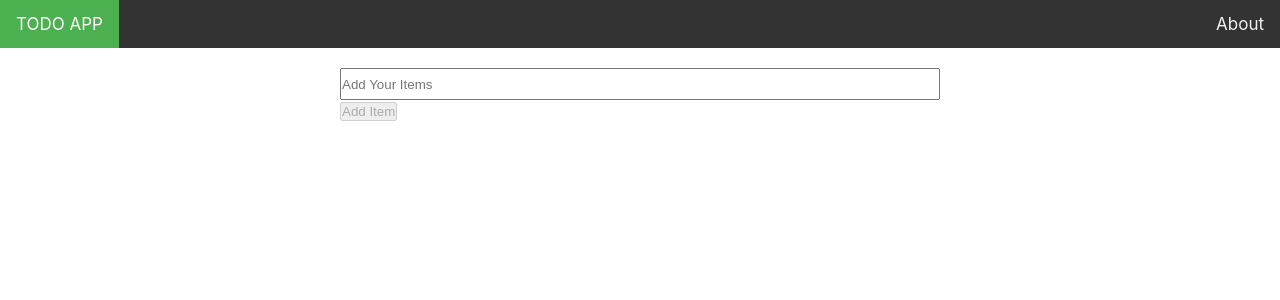
Repository: hoangphuong965/myTodoList
Page: /
These files come from the project's save history. The page is drawn as it stood at one moment and after a run of saves; the edit follows.
The browser window is 1280 px wide. The pictures show the whole page.
The project was rebuilt for these pictures with package versions that can differ from the ones it lists, and the page was loaded fresh each time. Also part of the build but not shown: src/components/TodoItems.js.

Above is the page before, as saved 2020-06-01 21:43:21.

### public/index.html
<!DOCTYPE html>
<html lang="en">
  <head>
    <meta charset="utf-8" />
    <link rel="icon" href="%PUBLIC_URL%/favicon.ico" />
    <meta name="viewport" content="width=device-width, initial-scale=1" />
    <meta name="theme-color" content="#000000" />
    <meta
      name="description"
      content="Web site created using create-react-app"
    />
    <link rel="apple-touch-icon" href="%PUBLIC_URL%/logo192.png" />
    <!--
      manifest.json provides metadata used when your web app is installed on a
      user's mobile device or desktop. See https://developers.google.com/web/fundamentals/web-app-manifest/
    -->
    <link rel="manifest" href="%PUBLIC_URL%/manifest.json" />
    <!--
      Notice the use of %PUBLIC_URL% in the tags above.
      It will be replaced with the URL of the `public` folder during the build.
      Only files inside the `public` folder can be referenced from the HTML.

      Unlike "/favicon.ico" or "favicon.ico", "%PUBLIC_URL%/favicon.ico" will
      work correctly both with client-side routing and a non-root public URL.
      Learn how to configure a non-root public URL by running `npm run build`.
    -->
    <title>React App</title>
    <link rel="stylesheet" href="https://maxcdn.bootstrapcdn.com/font-awesome/4.7.0/css/font-awesome.min.css">
  </head>
  <body>
    <noscript>You need to enable JavaScript to run this app.</noscript>
    <div id="root"></div>
    <!--
      This HTML file is a template.
      If you open it directly in the browser, you will see an empty page.

      You can add webfonts, meta tags, or analytics to this file.
      The build step will place the bundled scripts into the <body> tag.

      To begin the development, run `npm start` or `yarn start`.
      To create a production bundle, use `npm run build` or `yarn build`.
    -->
  </body>
</html>

### src/App.js
import React, { Component } from "react";
import Navbar from "./components/Navbar/Navbar";
import TodoInput from "./components/TodoInput";
import TodoList from "./components/TodoList";
import { v4 as uuidv4 } from "uuid";

import "./components/todo.css";

export default class App extends Component {
  state = {
    items: [],
    id: uuidv4(),
    item: "",
    editItem: false,
  };
  handleChange = (e) => {
    this.setState({
      item: e.target.value,
    });
  };
  handleSubmit = (e) => {
    e.preventDefault();
    const newItem = {
      id: this.state.id,
      title: this.state.item,
    };
    const updateItem = [...this.state.items, newItem];
    this.setState({
      items: updateItem,
      id: uuidv4(),
      item: "",
      editItem: false,
    });
  };
  handleDelete = (id) => {
    const deleteItem = this.state.items.filter((item) => item.id !== id);
    this.setState({
      items: deleteItem,
      id: uuidv4(),
      item: "",
      editItem: false,
    });
  };

  handleEdit = (id) => {
    const filterItem = this.state.items.filter((item) => item.id !== id);
    const selectItem = this.state.items.find((item) => item.id === id);
    this.setState({
      items: filterItem,
      id: uuidv4(),
      item: selectItem.title,
      editItem: true,
    });
  };

  render() {
    return (
      <div>
        <Navbar />
        <div className="container">
          <TodoInput
            item={this.state.item}
            id={this.state.id}
            handleChange={this.handleChange}
            handleSubmit={this.handleSubmit}
            editItem={this.state.editItem}
          />
          <TodoList
            items={this.state.items}
            handleEdit={this.handleEdit}
            handleDelete={this.handleDelete}
          />
        </div>
      </div>
    );
  }
}

### src/components/Navbar/Navbar.js
import React, { Component } from "react";
import "./navbar.css";

export default class Navbar extends Component {
  render() {
    return (
      <div className="topnav">
        <a className="active" href="#home">
          TODO APP
        </a>
        <a href="#about">About</a>
      </div>
    );
  }
}

### src/components/TodoInput.js
import React, { Component } from "react";

export default class TodoInput extends Component {
  render() {
    const { item, handleChange, handleSubmit, editItem } = this.props;
    return (
      <div className="input">
        <form className="form" onSubmit={handleSubmit}>
          <span>
            <input
              type="text"
              className="input"
              placeholder="Add Your Items"
              value={item}
              onChange={handleChange}
            />
          </span>
          <button
            type="submit"
            disabled={item ? false : true}
          >
            {editItem ? "Edit Item" : "Add Item"}
          </button>
        </form>
      </div>
    );
  }
}

### src/components/TodoList.js
import React, { Component } from "react";
import TodoItems from "./TodoItems";

export default class TodoList extends Component {
  render() {
    const { items, handleEdit, handleDelete } = this.props;
    return (
      <div>
        <ul className="list">
          {items.map((item) => {
            return (
              <TodoItems
                key={item.id}
                title={item.title}
                handleEdit={() => handleEdit(item.id)}
                handleDelete={() => handleDelete(item.id)}
              />
            );
          })}
        </ul>
      </div>
    );
  }
}

### src/components/todo.css
*{
    margin: 0;
    padding: 0;
    box-sizing: border-box;
}

.container{
    margin: 0 auto;
    width: 600px;
}

.input{
    width: 600px;
    height: 2rem;
    margin: 10px 0px 0px 0px;

}

.list{
    margin: 3rem 0 0 0;
}

.item{
    margin: 10px 0 0 0;
    padding: 5px;
}

.item_li{
    list-style: none;
    display: flex;
    justify-content: space-between;
}

.pen{
    margin: 2rem;
}

.btn{
    display: block;
    width: 600px;
    margin: 10px 0 0 0;
    background-color: brown;
    color: #ffffff;
    padding: 2px;
}

### src/components/Navbar/navbar.css
/* Add a black background color to the top navigation */
.topnav {
    background-color: #333;
    overflow: hidden;
    display: flex;
    justify-content: space-between;
  }

  /* Style the links inside the navigation bar */
  .topnav a {
    color: #f2f2f2;
    text-align: center;
    padding: 14px 16px;
    text-decoration: none;
    font-size: 17px;
    transition: all 0.3s linear;
  }

  /* Change the color of links on hover */
  .topnav a:hover {
    background-color: #ddd;
    color: black;
  }

  /* Add a color to the active/current link */
  .topnav a.active {
    background-color: #4CAF50;
    color: white;
  }

Loaded but not shown: src/index.js (common file); src/index.css (common file); src/serviceWorker.js (common file)

After the next 5 saves:
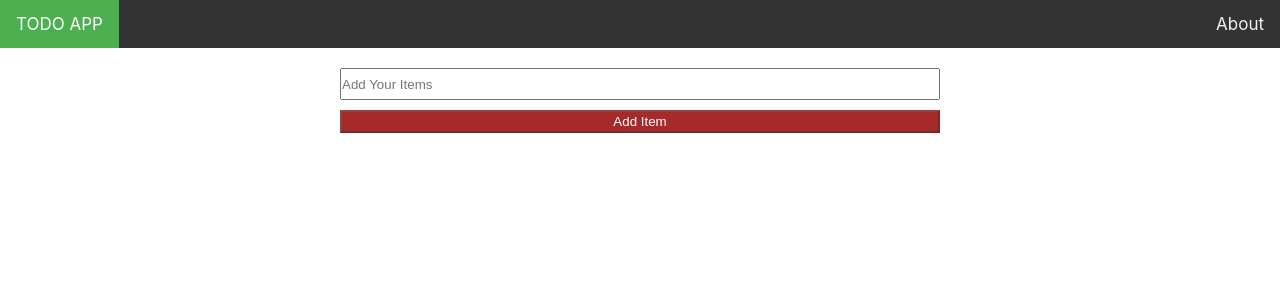
The 5 saves are shown as one change because 3 did not build or start and some came seconds apart.
The last was saved 33 s later.
--- a/src/components/TodoInput.js
+++ b/src/components/TodoInput.js
@@ -18,6 +18,7 @@ export default class TodoInput extends Component {
           <button
             type="submit"
             disabled={item ? false : true}
+            className="btn"
           >
             {editItem ? "Edit Item" : "Add Item"}
           </button>
